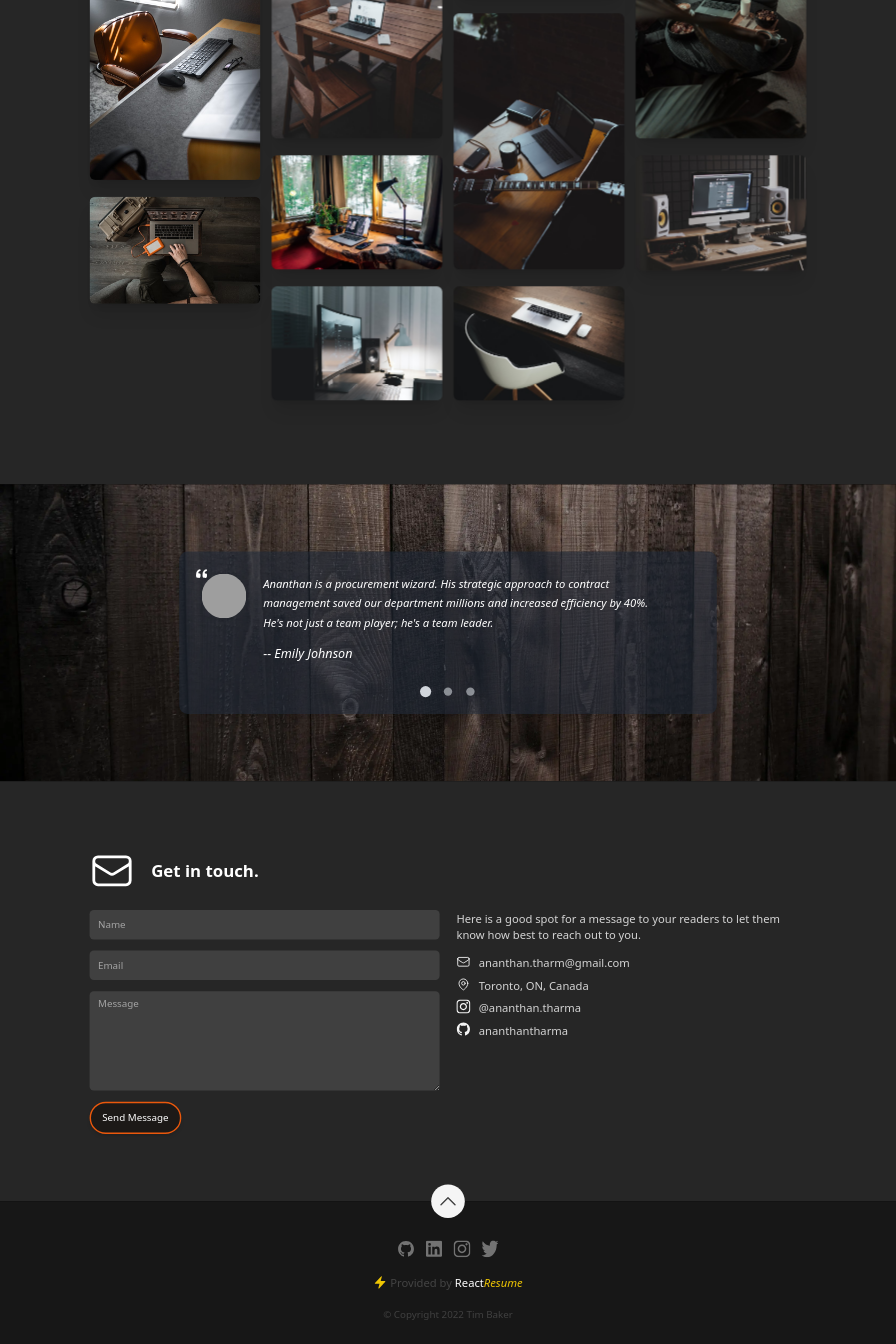
Repository: ananthantharma/portfolio
Page: /
These files come from the project's save history. The page is drawn as it stood at one moment and after the next save; the edit follows.
The browser window is 1280 px wide. The pictures show the part of the page from y = 3910 to 5830 px (the page is 5830 px tall before and 5786 px after), at 70% of full size.
Pictures or frames that could not be fetched are drawn as grey boxes. Backgrounds fixed to the window are drawn as part of the page. The project was rebuilt for these pictures with package versions that can differ from the ones it lists, and the page was loaded fresh each time. The framework's server and built-in components were replaced by stand-ins that run in the browser. Also part of the build but not shown: next.config.js, src/components/Icon/FacebookIcon.tsx.

Above is the page before, as saved 2023-08-30 10:55:05.

### src/globalStyles.scss
@tailwind base;
@tailwind components;
@tailwind utilities;

@layer utilities {
  /* Chrome, Safari and Opera */
  .no-scrollbar::-webkit-scrollbar {
    display: none;
  }

  .no-scrollbar {
    -ms-overflow-style: none; /* IE and Edge */
    scrollbar-width: none; /* Firefox */
  }
}

@supports (-webkit-touch-callout: none) {
  .h-screen {
    height: -webkit-fill-available;
  }
}

/* Global styles */
* {
  -webkit-font-smoothing: antialiased;
  -moz-osx-font-smoothing: grayscale;
}

html {
  -webkit-tap-highlight-color: transparent;
  scroll-behavior: smooth;
  height: 100vh;
}

body {
  position: relative;
  width: 100%;
  color: #444444;
  font-family: system-ui, -apple-system, BlinkMacSystemFont, 'Segoe UI', Ubuntu, 'Helvetica Neue', sans-serif;
  background-color: #fafafa;
}

td,
th {
  padding: 4px 8px 4px 4px;
  text-align: left;
}

th {
  font-weight: 600;
}

### src/components/Layout/Page.tsx
import {NextPage} from 'next';
import Head from 'next/head';
import {useRouter} from 'next/router';
import {memo, PropsWithChildren} from 'react';

import {HomepageMeta} from '../../data/dataDef';

const Page: NextPage<PropsWithChildren<HomepageMeta>> = memo(({children, title, description}) => {
  const {asPath: pathname} = useRouter();

  return (
    <>
      <Head>
        <title>{title}</title>
        <meta content={description} name="description" />

        {/* several domains list the same content, make sure google knows we mean this one. */}
        <link href={`https://reactresume.com${pathname}`} key="canonical" rel="canonical" />

        <link href="/favicon.ico" rel="icon" sizes="any" />
        <link href="/icon.svg" rel="icon" type="image/svg+xml" />
        <link href="/apple-touch-icon.png" rel="apple-touch-icon" />
        <link href="/site.webmanifest" rel="manifest" />

        {/* Open Graph : https://ogp.me/ */}
        <meta content={title} property="og:title" />
        <meta content={description} property="og:description" />
        <meta content={`https://reactresume.com${pathname}`} property="og:url" />

        {/* Twitter: https://developer.twitter.com/en/docs/twitter-for-websites/cards/overview/markup */}
        <meta content={title} name="twitter:title" />
        <meta content={description} name="twitter:description" />
      </Head>
      {children}
    </>
  );
});

Page.displayName = 'Page';
export default Page;

### src/components/Sections/About.tsx
import classNames from 'classnames';
import Image from 'next/image';
import {FC, memo} from 'react';

import {aboutData, SectionId} from '../../data/data';
import Section from '../Layout/Section';

const About: FC = memo(() => {
  const {profileImageSrc, description, aboutItems} = aboutData;
  return (
    <Section className="bg-neutral-800" sectionId={SectionId.About}>
      <div className={classNames('grid grid-cols-1 gap-y-4', {'md:grid-cols-4': !!profileImageSrc})}>
        {!!profileImageSrc && (
          <div className="col-span-1 flex justify-center md:justify-start">
            <div className="relative h-24 w-24 overflow-hidden rounded-xl md:h-32 md:w-32">
              <Image alt="about-me-image" className="h-full w-full object-cover" src={profileImageSrc} />
            </div>
          </div>
        )}
        <div className={classNames('col-span-1 flex flex-col gap-y-6', {'md:col-span-3': !!profileImageSrc})}>
          <div className="flex flex-col gap-y-2">
            <h2 className="text-2xl font-bold text-white">About me</h2>
            <p className="prose prose-sm text-gray-300 sm:prose-base">{description}</p>
          </div>
          <ul className="grid grid-cols-1 gap-4 sm:grid-cols-2">
            {aboutItems.map(({label, text, Icon}, idx) => (
              <li className="col-span-1 flex  items-start gap-x-2" key={idx}>
                {Icon && <Icon className="h-5 w-5 text-white" />}
                <span className="text-sm font-bold text-white">{label}:</span>
                <span className=" text-sm text-gray-300">{text}</span>
              </li>
            ))}
          </ul>
        </div>
      </div>
    </Section>
  );
});

About.displayName = 'About';
export default About;

### src/components/Sections/Footer.tsx
import {BoltIcon, ChevronUpIcon} from '@heroicons/react/24/solid';
import {FC, memo} from 'react';

import {SectionId} from '../../data/data';
import Socials from '../Socials';

const Footer: FC = memo(() => (
  <div className="relative bg-neutral-900 px-4 pb-6 pt-12 sm:px-8 sm:pb-8 sm:pt-14">
    <div className="absolute inset-x-0 -top-4 flex justify-center sm:-top-6">
      <a
        className="rounded-full bg-neutral-100 p-1 ring-white ring-offset-2 ring-offset-gray-700/80 focus:outline-none focus:ring-2 sm:p-2"
        href={`/#${SectionId.Hero}`}>
        <ChevronUpIcon className="h-6 w-6 bg-transparent sm:h-8 sm:w-8" />
      </a>
    </div>
    <div className="flex flex-col items-center gap-y-6">
      <div className="flex gap-x-4 text-neutral-500">
        <Socials />
      </div>
      <a
        className="-m-2 flex items-center gap-x-1 rounded-md p-2 ring-yellow focus:outline-none focus:ring-2"
        href="https://reactresume.com">
        <BoltIcon className="h-5 w-5 text-yellow" />
        <span>
          Provided by <span className="text-white">React</span>
          <span className="italic text-yellow">Resume</span>
        </span>
      </a>
      <span className="text-sm text-neutral-700">© Copyright 2022 Tim Baker</span>
    </div>
  </div>
));

Footer.displayName = 'Footer';
export default Footer;

### src/components/Sections/Resume/index.tsx
import {FC, memo} from 'react';

import {education, experience, SectionId, skills, credentials} from '../../../data/data';
import Section from '../../Layout/Section';
import ResumeSection from './ResumeSection';
import {SkillGroup} from './Skills';
import TimelineItem from './TimelineItem';


const Resume: FC = memo(() => {
  return (
    <Section className="bg-neutral-100" sectionId={SectionId.Resume}>
      <div className="flex flex-col divide-y-2 divide-neutral-300">
        <ResumeSection title="Credentials">
          {credentials.map((item, index) => (
            <TimelineItem item={item} key={`${item.title}-${index}`} />
          ))}
        </ResumeSection>

        <ResumeSection title="Education">
          {education.map((item, index) => (
            <TimelineItem item={item} key={`${item.title}-${index}`} />
          ))}
        </ResumeSection>
        <ResumeSection title="Work">
          {experience.map((item, index) => (
            <TimelineItem item={item} key={`${item.title}-${index}`} />
          ))}
        </ResumeSection>
        <ResumeSection title="Skills">
          <p className="pb-8">Here you can show a snapshot of your skills to show off to employers</p>
          <div className="grid grid-cols-1 gap-6 md:grid-cols-2">
            {skills.map((skillgroup, index) => (
              <SkillGroup key={`${skillgroup.name}-${index}`} skillGroup={skillgroup} />
            ))}
          </div>
        </ResumeSection>
      </div>
    </Section>
  );
});

Resume.displayName = 'Resume';
export default Resume;

### src/components/Icon/GithubIcon.tsx
import {FC, memo} from 'react';

import Icon, {IconProps} from './Icon';

const GithubIcon: FC<IconProps> = memo(props => (
  <Icon {...props}>
    <path
      clipRule="evenodd"
      d="M64 5.103c-33.347 0-60.388 27.035-60.388 60.388 0 26.682 17.303 49.317 41.297 57.303 3.017.56 4.125-1.31 4.125-2.905 0-1.44-.056-6.197-.082-11.243-16.8 3.653-20.345-7.125-20.345-7.125-2.747-6.98-6.705-8.836-6.705-8.836-5.48-3.748.413-3.67.413-3.67 6.063.425 9.257 6.223 9.257 6.223 5.386 9.23 14.127 6.562 17.573 5.02.542-3.903 2.107-6.568 3.834-8.076-13.413-1.525-27.514-6.704-27.514-29.843 0-6.593 2.36-11.98 6.223-16.21-.628-1.52-2.695-7.662.584-15.98 0 0 5.07-1.623 16.61 6.19C53.7 35 58.867 34.327 64 34.304c5.13.023 10.3.694 15.127 2.033 11.526-7.813 16.59-6.19 16.59-6.19 3.287 8.317 1.22 14.46.593 15.98 3.872 4.23 6.215 9.617 6.215 16.21 0 23.194-14.127 28.3-27.574 29.796 2.167 1.874 4.097 5.55 4.097 11.183 0 8.08-.07 14.583-.07 16.572 0 1.607 1.088 3.49 4.148 2.897 23.98-7.994 41.263-30.622 41.263-57.294C124.388 32.14 97.35 5.104 64 5.104z"
      fillRule="evenodd"
    />
    <path d="M26.484 91.806c-.133.3-.605.39-1.035.185-.44-.196-.685-.605-.543-.906.13-.31.603-.395 1.04-.188.44.197.69.61.537.91zm2.446 2.729c-.287.267-.85.143-1.232-.28-.396-.42-.47-.983-.177-1.254.298-.266.844-.14 1.24.28.394.426.472.984.17 1.255zM31.312 98.012c-.37.258-.976.017-1.35-.52-.37-.538-.37-1.183.01-1.44.373-.258.97-.025 1.35.507.368.545.368 1.19-.01 1.452zm3.261 3.361c-.33.365-1.036.267-1.552-.23-.527-.487-.674-1.18-.343-1.544.336-.366 1.045-.264 1.564.23.527.486.686 1.18.333 1.543zm4.5 1.951c-.147.473-.825.688-1.51.486-.683-.207-1.13-.76-.99-1.238.14-.477.823-.7 1.512-.485.683.206 1.13.756.988 1.237zm4.943.361c.017.498-.563.91-1.28.92-.723.017-1.308-.387-1.315-.877 0-.503.568-.91 1.29-.924.717-.013 1.306.387 1.306.88zm4.598-.782c.086.485-.413.984-1.126 1.117-.7.13-1.35-.172-1.44-.653-.086-.498.422-.997 1.122-1.126.714-.123 1.354.17 1.444.663zm0 0" />
  </Icon>
));

export default GithubIcon;

### src/components/Icon/InstagramIcon.tsx
import {FC, memo} from 'react';

import Icon, {IconProps} from './Icon';

const InstagramIcon: FC<IconProps> = memo(props => (
  <Icon {...props}>
    <path
      d="M92.6759 0H35.3226C15.8457 0 0 15.8465 0 35.3234V92.6766C0 112.154 15.8457 128 35.3226 128H92.6759C112.154 128 128 112.154 128 92.6766V35.3234C128.001 15.8465 112.154 0 92.6759 0ZM116.644 92.6766C116.644 105.892 105.892 116.643 92.6766 116.643H35.3226C22.1079 116.644 11.3568 105.892 11.3568 92.6766V35.3234C11.3568 22.1086 22.1079 11.3568 35.3226 11.3568H92.6759C105.891 11.3568 116.643 22.1086 116.643 35.3234V92.6766H116.644Z"
      fill="currentColor"
    />
    <path
      d="M64 31.0191C45.8133 31.0191 31.0176 45.8147 31.0176 64.0015C31.0176 82.1875 45.8133 96.9823 64 96.9823C82.1867 96.9823 96.9824 82.1875 96.9824 64.0015C96.9824 45.8147 82.1867 31.0191 64 31.0191ZM64 85.6248C52.0761 85.6248 42.3744 75.9246 42.3744 64.0007C42.3744 52.0761 52.0754 42.3751 64 42.3751C75.9246 42.3751 85.6256 52.0761 85.6256 64.0007C85.6256 75.9246 75.9239 85.6248 64 85.6248Z"
      fill="currentColor"
    />
    <path
      d="M98.3656 21.3893C96.1775 21.3893 94.0281 22.2752 92.4828 23.8273C90.9299 25.3718 90.0373 27.522 90.0373 29.7176C90.0373 31.9065 90.9307 34.0559 92.4828 35.608C94.0273 37.1526 96.1775 38.046 98.3656 38.046C100.561 38.046 102.704 37.1526 104.256 35.608C105.808 34.0559 106.694 31.9057 106.694 29.7176C106.694 27.522 105.808 25.3718 104.256 23.8273C102.711 22.2752 100.561 21.3893 98.3656 21.3893Z"
      fill="currentColor"
    />
  </Icon>
));

export default InstagramIcon;

### src/components/Icon/TwitterIcon.tsx
import {FC, memo} from 'react';

import Icon, {IconProps} from './Icon';

const TwitterIcon: FC<IconProps> = memo(props => (
  <Icon {...props}>
    <path
      d="M40.254 127.637c48.305 0 74.719-48.957 74.719-91.403 0-1.39 0-2.777-.075-4.156 5.141-4.547 9.579-10.18 13.102-16.633-4.79 2.602-9.871 4.305-15.078 5.063 5.48-4.02 9.582-10.336 11.539-17.774-5.156 3.743-10.797 6.38-16.68 7.801-8.136-10.586-21.07-13.18-31.547-6.32-10.472 6.86-15.882 21.46-13.199 35.617C41.922 38.539 22.246 26.336 8.915 6.27 1.933 20.94 5.487 39.723 17.022 49.16c-4.148-.172-8.207-1.555-11.832-4.031v.41c0 15.273 8.786 28.438 21.02 31.492a21.596 21.596 0 01-11.863.543c3.437 13.094 13.297 22.07 24.535 22.328-9.305 8.918-20.793 13.75-32.617 13.72-2.094 0-4.188-.15-6.266-.446 12.008 9.433 25.98 14.441 40.254 14.422"
      fill="currentColor"></path>
  </Icon>
));

export default TwitterIcon;

### src/components/Sections/Contact/ContactForm.tsx
import {FC, memo, useCallback, useMemo, useState} from 'react';

interface FormData {
  name: string;
  email: string;
  message: string;
}

const ContactForm: FC = memo(() => {
  const defaultData = useMemo(
    () => ({
      name: '',
      email: '',
      message: '',
    }),
    [],
  );

  const [data, setData] = useState<FormData>(defaultData);

  const onChange = useCallback(
    <T extends HTMLInputElement | HTMLTextAreaElement>(event: React.ChangeEvent<T>): void => {
      const {name, value} = event.target;

      const fieldData: Partial<FormData> = {[name]: value};

      setData({...data, ...fieldData});
    },
    [data],
  );

  const handleSendMessage = useCallback(
    async (event: React.FormEvent<HTMLFormElement>) => {
      event.preventDefault();
      /**
       * This is a good starting point to wire up your form submission logic
       * */
      console.log('Data to send: ', data);
    },
    [data],
  );

  const inputClasses =
    'bg-neutral-700 border-0 focus:border-0 focus:outline-none focus:ring-1 focus:ring-orange-600 rounded-md placeholder:text-neutral-400 placeholder:text-sm text-neutral-200 text-sm';

  return (
    <form className="grid min-h-[320px] grid-cols-1 gap-y-4" method="POST" onSubmit={handleSendMessage}>
      <input className={inputClasses} name="name" onChange={onChange} placeholder="Name" required type="text" />
      <input
        autoComplete="email"
        className={inputClasses}
        name="email"
        onChange={onChange}
        placeholder="Email"
        required
        type="email"
      />
      <textarea
        className={inputClasses}
        maxLength={250}
        name="message"
        onChange={onChange}
        placeholder="Message"
        required
        rows={6}
      />
      <button
        aria-label="Submit contact form"
        className="w-max rounded-full border-2 border-orange-600 bg-stone-900 px-4 py-2 text-sm font-medium text-white shadow-md outline-none hover:bg-stone-800 focus:ring-2 focus:ring-orange-600 focus:ring-offset-2 focus:ring-offset-stone-800"
        type="submit">
        Send Message
      </button>
    </form>
  );
});

ContactForm.displayName = 'ContactForm';
export default ContactForm;

### src/components/Sections/Resume/ResumeSection.tsx
import {FC, memo, PropsWithChildren} from 'react';

const ResumeSection: FC<PropsWithChildren<{title: string}>> = memo(({title, children}) => {
  return (
    <div className="grid grid-cols-1 gap-y-4 py-8 first:pt-0 last:pb-0  md:grid-cols-4">
      <div className="col-span-1 flex justify-center md:justify-start">
        <div className="relative h-max">
          <h2 className="text-xl font-bold uppercase text-neutral-800">{title}</h2>
          <span className="absolute inset-x-0 -bottom-1 border-b-2 border-orange-400" />
        </div>
      </div>
      <div className="col-span-1 flex flex-col md:col-span-3">{children}</div>
    </div>
  );
});

ResumeSection.displayName = 'ResumeSection';
export default ResumeSection;

### src/components/Sections/Resume/Skills.tsx
import {FC, memo, PropsWithChildren, useMemo} from 'react';

import {Skill as SkillType, SkillGroup as SkillGroupType} from '../../../data/dataDef';

export const SkillGroup: FC<PropsWithChildren<{skillGroup: SkillGroupType}>> = memo(({skillGroup}) => {
  const {name, skills} = skillGroup;
  return (
    <div className="flex flex-col">
      <span className="text-center text-lg font-bold">{name}</span>
      <div className="flex flex-col gap-y-2">
        {skills.map((skill, index) => (
          <Skill key={`${skill.name}-${index}`} skill={skill} />
        ))}
      </div>
    </div>
  );
});

SkillGroup.displayName = 'SkillGroup';

export const Skill: FC<{skill: SkillType}> = memo(({skill}) => {
  const {name, level, max = 10} = skill;
  const percentage = useMemo(() => Math.round((level / max) * 100), [level, max]);

  return (
    <div className="flex flex-col">
      <span className="ml-2 text-sm font-medium">{name}</span>
      <div className="h-5 w-full overflow-hidden rounded-full bg-neutral-300">
        <div className="h-full rounded-full bg-orange-400" style={{width: `${percentage}%`}} />
      </div>
    </div>
  );
});

Skill.displayName = 'Skill';

### src/components/Sections/Resume/TimelineItem.tsx
import {FC, memo} from 'react';

import {TimelineItem} from '../../../data/dataDef';

const TimelineItem: FC<{item: TimelineItem}> = memo(({item}) => {
  const {title, date, location, content} = item;
  return (
    <div className="flex flex-col pb-8 text-center last:pb-0 md:text-left">
      <div className="flex flex-col pb-4">
        <h2 className="text-xl font-bold">{title}</h2>
        <div className="flex items-center justify-center gap-x-2 md:justify-start">
          <span className="flex-1 text-sm font-medium italic sm:flex-none">{location}</span>
          <span>•</span>
          <span className="flex-1 text-sm sm:flex-none">{date}</span>
        </div>
      </div>
      {content}
    </div>
  );
});

TimelineItem.displayName = 'TimelineItem';
export default TimelineItem;

### src/components/Icon/QuoteIcon.tsx
import {FC, memo} from 'react';

import Icon, {IconProps} from './Icon';

const QuoteIcon: FC<IconProps> = memo(props => (
  <Icon {...props}>
    <path
      d="M26.3657 53.7076C27.9274 43.8912 40.1978 33.4056 49.791 33.1825C50.4603 33.1825 51.1296 32.9594 51.5758 32.5132C52.022 32.2901 52.4682 32.067 52.6913 31.3978C56.0377 25.151 54.253 20.2428 48.6755 16.2271C42.2057 11.542 31.9431 16.2271 26.8119 20.4659C13.8722 31.1747 0.709398 49.6914 1.37869 67.3166C-0.852289 79.1411 -0.406093 91.8573 2.94038 102.343C5.17136 109.036 11.6412 112.382 18.3342 112.829C25.0271 113.275 38.8592 115.283 44.8828 111.267C50.9065 107.251 51.3527 99.4427 52.022 92.7501C52.6913 85.3879 54.6991 71.5554 48.4524 65.7549C42.2057 60.1774 24.3578 66.2011 26.3657 53.7076Z"
      fill="currentColor"
    />
    <path
      d="M99.9881 53.7076C101.55 43.8912 113.82 33.4056 123.413 33.1825C124.083 33.1825 124.752 32.9594 125.198 32.5132C125.645 32.2901 126.091 32.067 126.314 31.3978C129.66 25.151 127.876 20.2428 122.298 16.2271C115.828 11.542 105.566 16.2271 100.434 20.4659C87.4946 31.1747 74.3318 49.6918 75.0011 67.3166C72.7701 79.1411 73.2163 91.8573 76.5624 102.343C78.7934 109.036 85.2632 112.382 91.9565 112.829C98.6495 113.275 112.482 115.283 118.505 111.267C124.528 107.251 124.975 99.4427 125.644 92.7501C126.314 85.3879 128.322 71.5554 122.075 65.7549C115.828 60.1774 97.7571 66.2011 99.9881 53.7076Z"
      fill="currentColor"
    />
  </Icon>
));

export default QuoteIcon;

### src/hooks/useNavObserver.tsx
import {useEffect} from 'react';

import {headerID} from '../components/Sections/Header';
import {SectionId} from '../data/data';

export const useNavObserver = (selectors: string, handler: (section: SectionId | null) => void) => {
  useEffect(() => {
    // Get all sections
    const headings = document.querySelectorAll(selectors);
    const headingsArray = Array.from(headings);
    const headerWrapper = document.getElementById(headerID);

    // Create the IntersectionObserver API
    const observer = new IntersectionObserver(
      entries => {
        entries.forEach(entry => {
          const currentY = entry.boundingClientRect.y;
          const id = entry.target.getAttribute('id');
          if (headerWrapper) {
            // Create a decision object
            const decision = {
              id,
              currentIndex: headingsArray.findIndex(heading => heading.getAttribute('id') === id),
              isIntersecting: entry.isIntersecting,
              currentRatio: entry.intersectionRatio,
              aboveToc: currentY < headerWrapper.getBoundingClientRect().y,
              belowToc: !(currentY < headerWrapper.getBoundingClientRect().y),
            };
            if (decision.isIntersecting) {
              // Header at 30% from the top, update to current header
              handler(decision.id as SectionId);
            } else if (
              !decision.isIntersecting &&
              decision.currentRatio < 1 &&
              decision.currentRatio > 0 &&
              decision.belowToc
            ) {
              const currentVisible = headingsArray[decision.currentIndex - 1]?.getAttribute('id');
              handler(currentVisible as SectionId);
            }
          }
        });
      },
      {
        root: null,
        threshold: 0.1,
        rootMargin: '0px 0px -70% 0px',
      },
    );
    // Observe all the Sections
    headings.forEach(section => {
      observer.observe(section);
    });
    // Cleanup
    return () => {
      observer.disconnect();
    };
    // eslint-disable-next-line react-hooks/exhaustive-deps
  }, []); // Dependency here is the post content.
};

Loaded but not shown: src/pages/_app.tsx (common file); src/pages/_document.tsx (common file); src/pages/index.tsx (common file); src/components/Layout/Section.tsx (common file); src/components/Icon/LinkedInIcon.tsx (common file); src/components/Socials.tsx (common file); src/config.ts (common file); src/hooks/useDetectOutsideClick.ts (common file); src/hooks/useInterval.ts (common file); src/hooks/useWindow.ts (common file); src/components/Icon/Icon.tsx (common file); tailwind.config.js (common file); src/data/data.tsx (435 lines, source omitted); src/components/Sections/Header.tsx (157 lines, source omitted); src/components/Sections/Testimonials.tsx (139 lines, source omitted); src/components/Sections/Contact/index.tsx (71 lines, source omitted); src/components/Sections/Portfolio.tsx (84 lines, source omitted); src/data/dataDef.ts (150 lines, source omitted); src/components/Sections/Hero.tsx (59 lines, source omitted)

After the next save:
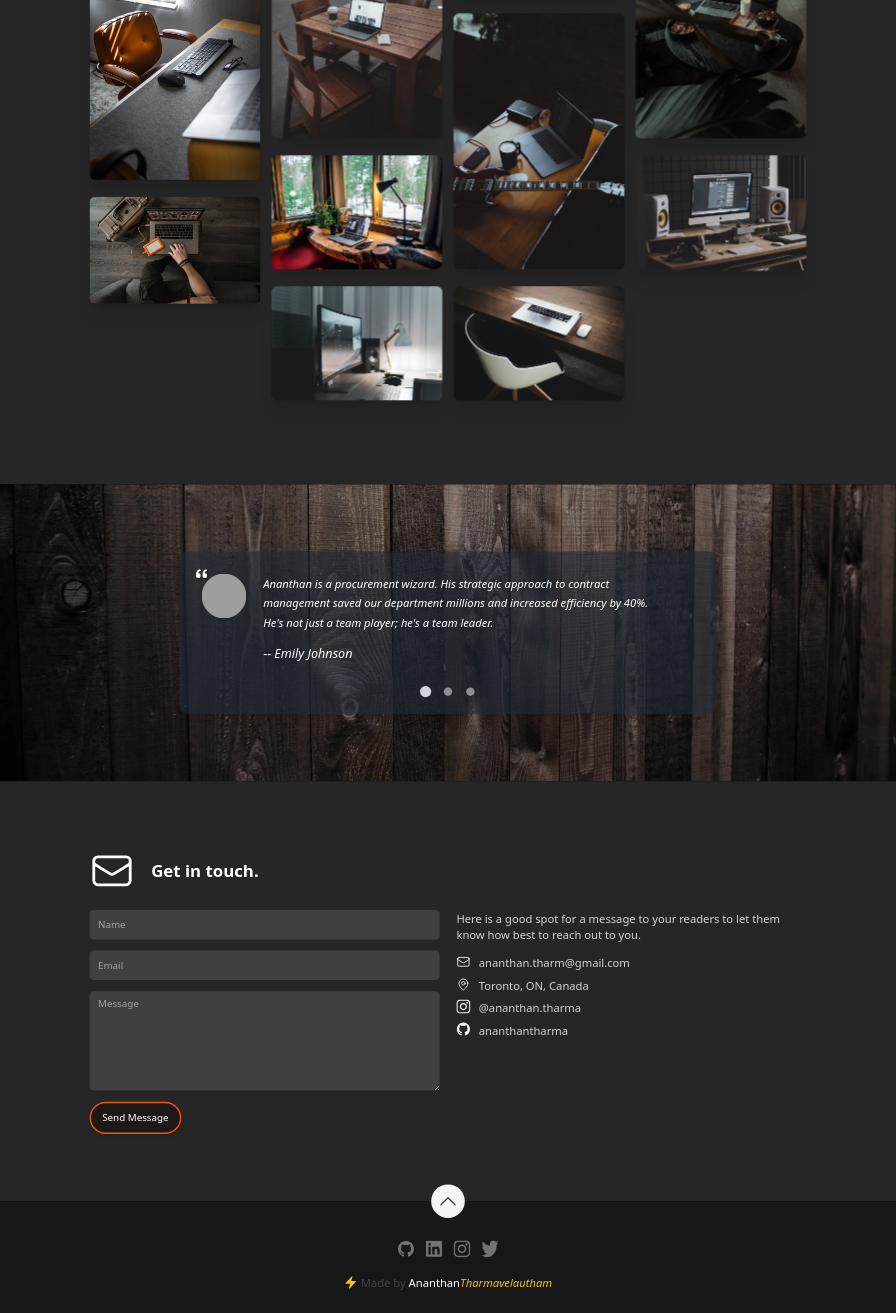
Saved 25 min 50 s later.
--- a/src/components/Sections/Footer.tsx
+++ b/src/components/Sections/Footer.tsx
@@ -19,14 +19,14 @@ const Footer: FC = memo(() => (
       </div>
       <a
         className="-m-2 flex items-center gap-x-1 rounded-md p-2 ring-yellow focus:outline-none focus:ring-2"
-        href="https://reactresume.com">
+        >
         <BoltIcon className="h-5 w-5 text-yellow" />
         <span>
-          Provided by <span className="text-white">React</span>
-          <span className="italic text-yellow">Resume</span>
+          Made by <span className="text-white">Ananthan</span>
+          <span className="italic text-yellow">Tharmavelautham</span>
         </span>
       </a>
-      <span className="text-sm text-neutral-700">© Copyright 2022 Tim Baker</span>
+
     </div>
   </div>
 ));
